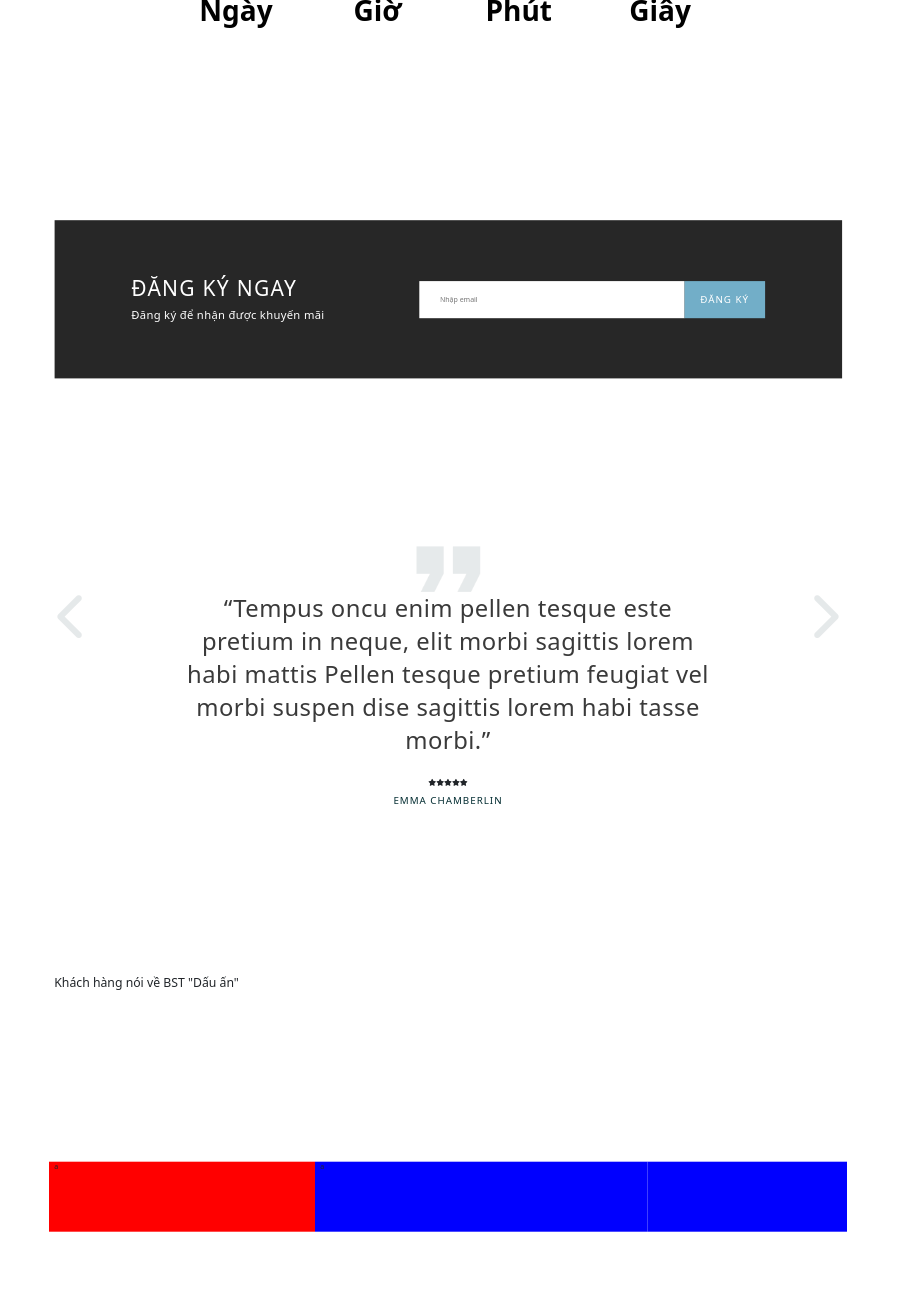
Repository: CangNgo/shoptrangsuc.github.io
Page: index.html
These files come from the project's save history. The page is drawn as it stood at one moment and after a run of saves; the edit follows.
The browser window is 1280 px wide. The page is 1288 px wide, so the pictures cover 1288 px, including what lies to the right of the window. The pictures show the part of the page from y = 4051 to 5931 px (the page is 5931 px tall), at 70% of full size.

Above is the page before, as saved 2024-01-11 18:23:51.

After the next 2 saves:
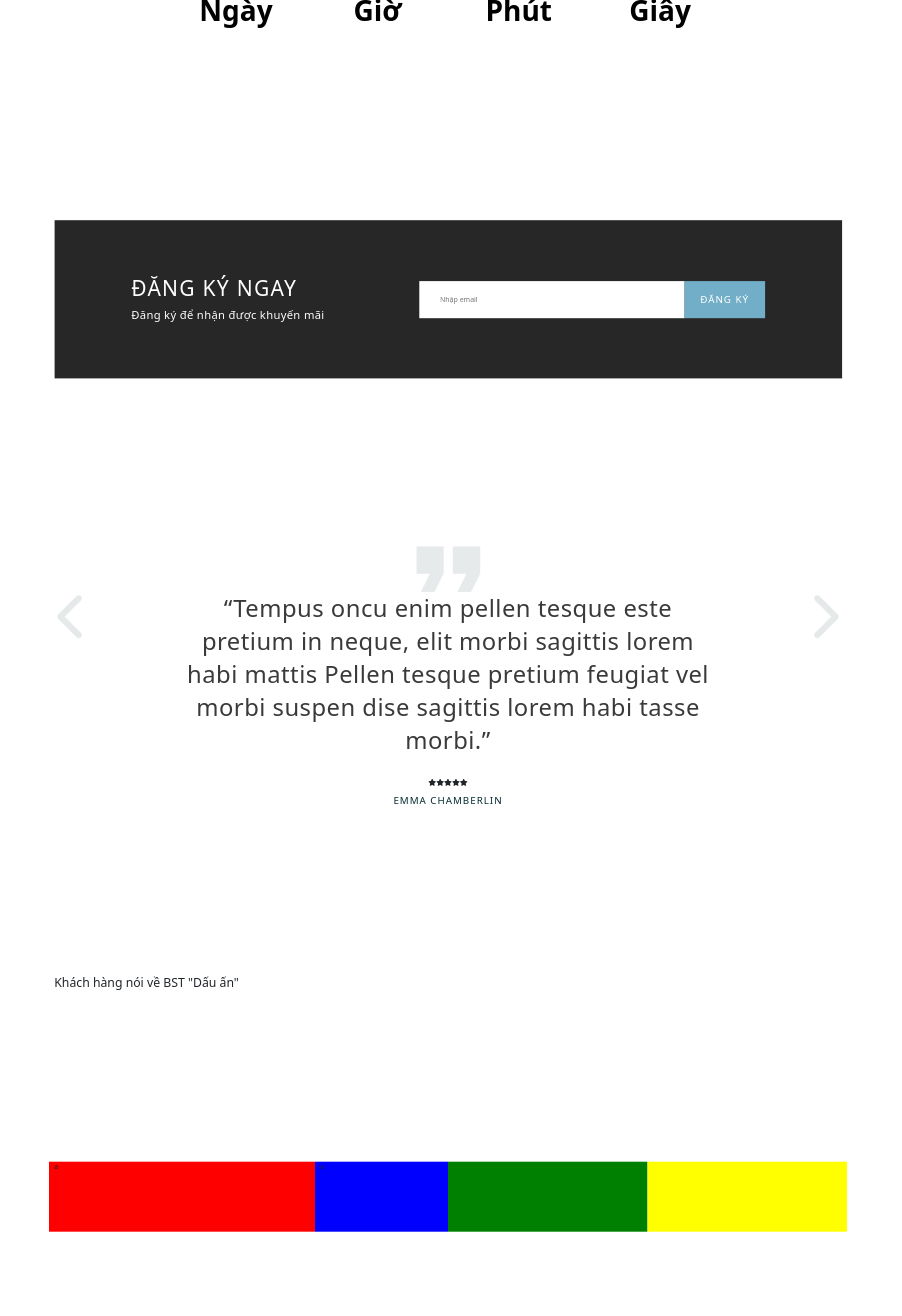
The 2 saves are shown as one change because they came seconds apart.
The last was saved 8 s later.
--- a/index.html
+++ b/index.html
@@ -393,8 +393,8 @@
                 <div class="row">
                     <div class="col-4" style="background-color: red; height: 100px;">a</div>
                     <div class="col-2" style="background-color: blue;">a</div>
-                    <div class="col-3" style="background-color: blue;"></div>
-                    <div class="col-3" style="background-color: blue;"></div>
+                    <div class="col-3" style="background-color: green;"></div>
+                    <div class="col-3" style="background-color: yellow;"></div>
                 </div>
             </div>
         </footer>
